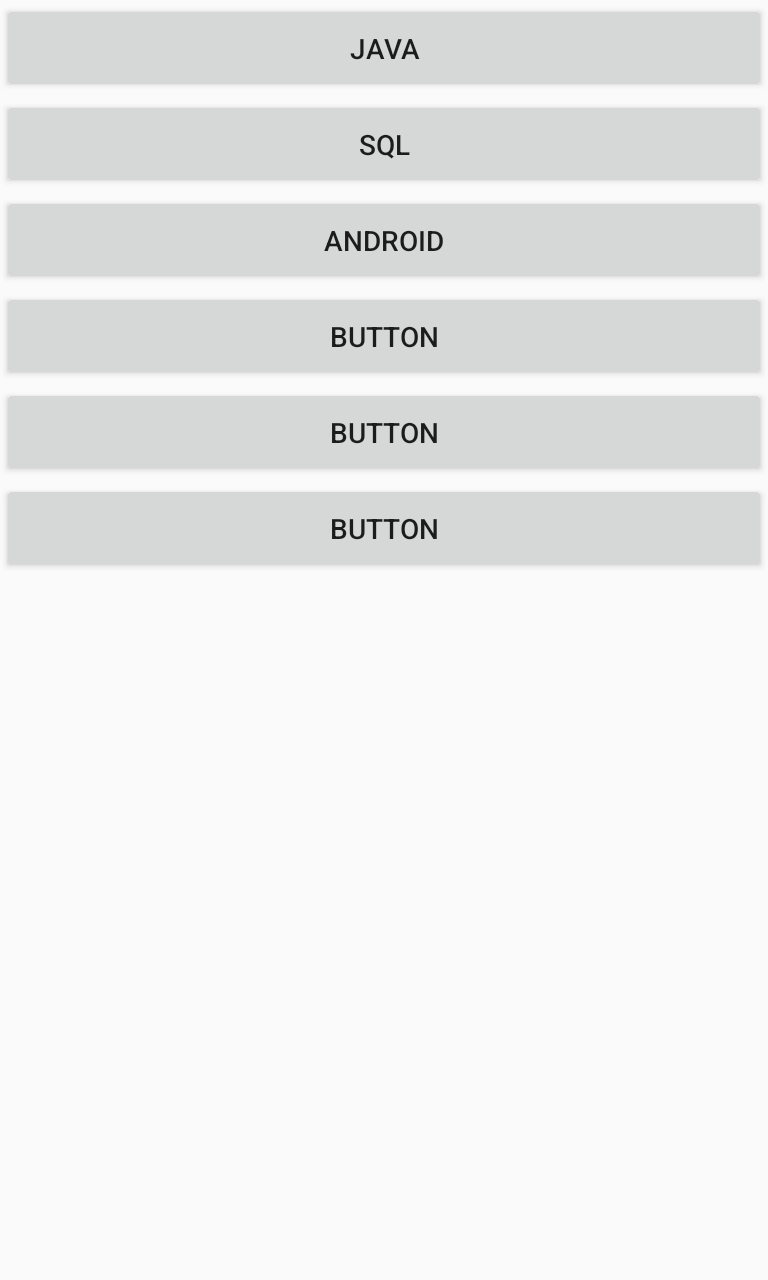
Repository: ICtest333/test_pjtQuiz
Layout: pjtQuiz/res/layout/home.xml
The author's editor kept a copy of each file at every save. The layout is drawn from the files as they stood at one save, then again after the next save.
It is drawn on a 768 x 1280 px phone screen (xhdpi) without system bars, with theme AppTheme; the app's code is not run.

Above is the layout before, as saved 2014-05-22 10:27:36.

After the next save:
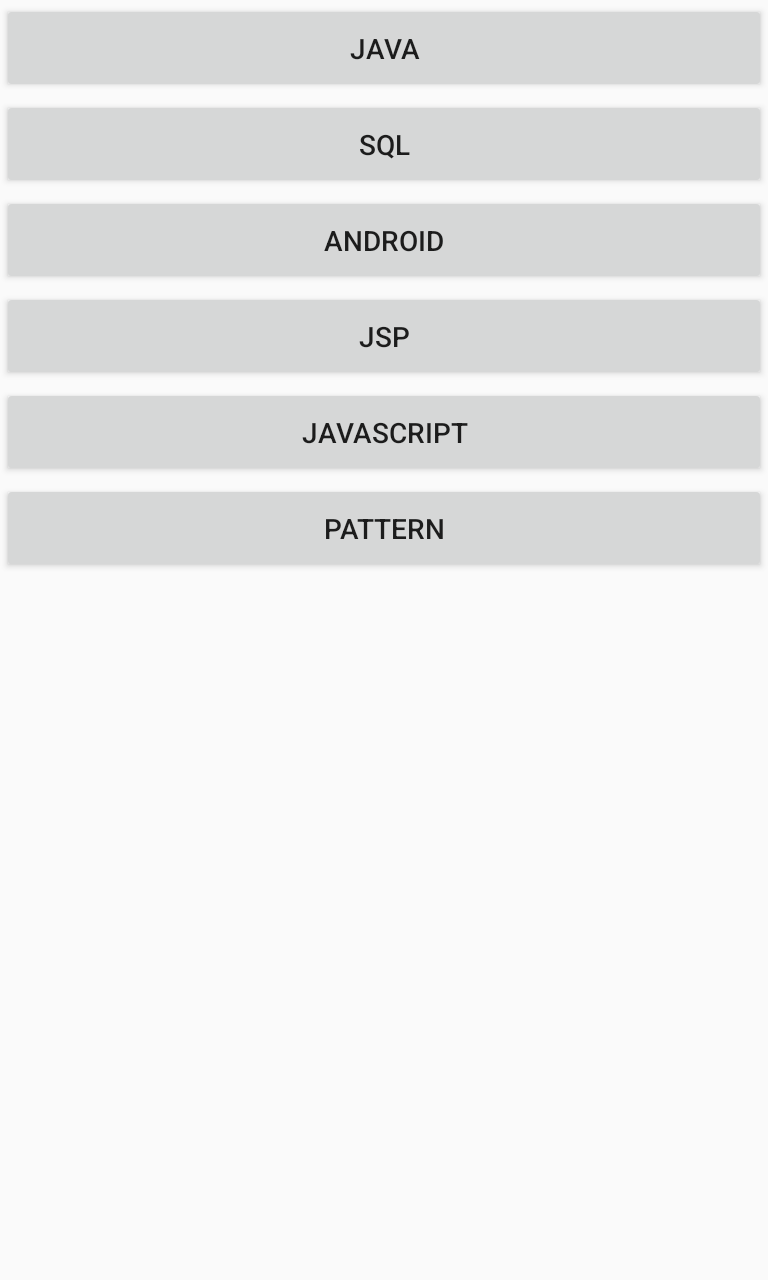
Saved 2 min 8 s later.
--- a/pjtQuiz/res/layout/home.xml
+++ b/pjtQuiz/res/layout/home.xml
@@ -43,7 +43,7 @@
         android:layout_height="wrap_content"
         android:layout_alignParentLeft="true"
         android:layout_below="@+id/button3"
-        android:text="Button" />
+        android:text="JSP" />
 
     <Button
         android:id="@+id/button5"
@@ -51,7 +51,7 @@
         android:layout_height="wrap_content"
         android:layout_alignParentLeft="true"
         android:layout_below="@+id/button4"
-        android:text="Button" />
+        android:text="Javascript" />
 
     <Button
         android:id="@+id/button6"
@@ -59,6 +59,6 @@
         android:layout_height="wrap_content"
         android:layout_alignParentLeft="true"
         android:layout_below="@+id/button5"
-        android:text="Button" />
+        android:text="Pattern" />
 
 </RelativeLayout>
